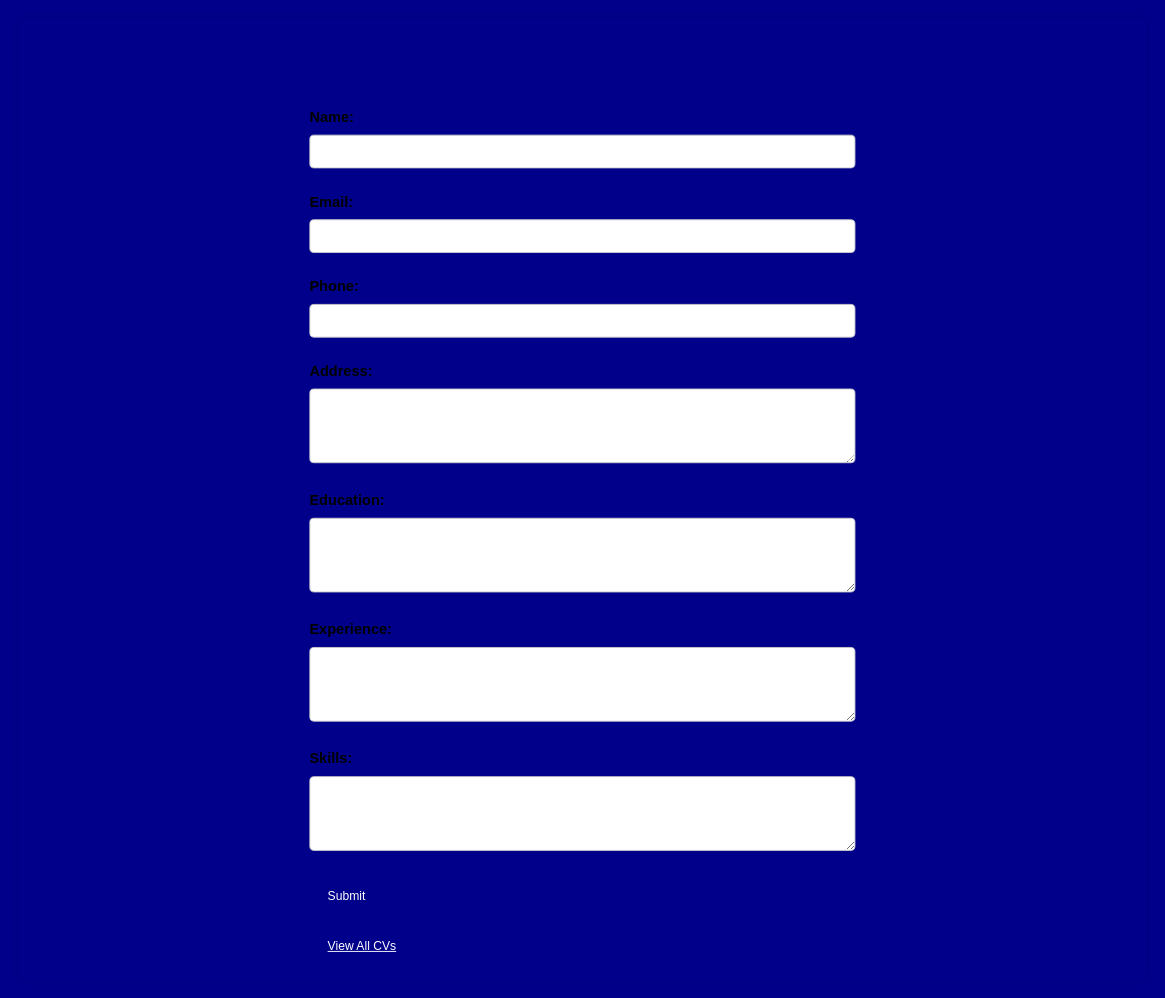
Repository: Arisha004/CV-generator
Page: index.html
The author's editor kept a copy of each file at every save. The page is drawn from the files as they stood at one save, then again after a run of saves.
The browser window is 1280 px wide. The pictures show the whole page, at 91% of full size.

Above is the page before, as saved 2025-10-14 01:08:36.

### index.html
<!DOCTYPE html>
<html lang="en">
<head>
    <meta charset="UTF-8">
    <meta name="viewport" content="width=device-width, initial-scale=1.0">
    <title>Document</title>
    <link rel="stylesheet" href="style.css">
</head>
<body>
    <h1> CV GENERATOR </h1>
    <form id="cv" action="insert.php" method="post">
        <label for="name">Name:</label>
        <input type="text" id="name" name="name" required><br><br>

        <label for="email">Email:</label>
        <input type="email" id="email" name="email" required><br><br>

        <label for="phone">Phone:</label>
        <input type="tel" id="phone" name="phone" required><br><br>
        <label for="address">Address:</label><br>
        <textarea id="address" name="address" rows="4" cols="50"  required></textarea><br><br>
        <label for="education">Education:</label><br>
        <textarea id="education" name="education" rows="4" cols="50" required></textarea><br><br>

        <label for="experience">Experience:</label><br>
        <textarea id="experience" name="experience" rows="4" cols="50" required></textarea><br><br>

        <label for="skills">Skills:</label><br>
        <textarea id="skills" name="skills" rows="4" cols="50" required></textarea><br><br>

        <button type="submit" value="submit"> Submit </button>
    </form>

    <div style="margin-top: 20px;">
        <form id="cv" action="list.php" method="get">
      <button>  <a href="list.php">View All CVs</a></button></form>
    </div>
</body>
</html>

### style.css

body{
    background-color: darkblue;
    font-family: Arial, sans-serif;
    margin: 20px;
    padding: 20px;
    border-radius: 10px;
    box-shadow: 0 0 10px rgba(0, 0,0, 0.1);

}
h1{
    color: darkblue;
    text-align: center;
}
p{
    font-size: 16px;
    line-height: 1.5;
    color: #333;
}
a{
    color: lightblue;
    text-decoration: underline;
}
a:hover{
    text-decoration: underline;
}
button{
    background-color: darkblue;
    color: white;
    border: none;
    padding: 10px 20px;
    border-radius: 5px;
    cursor: pointer;
}
button:hover{
    background-color: navy;
}
input[type="text"], input[type="email"], textarea,input[type="tel"]{
    width: 100%;
    padding: 10px;
    margin: 10px 0;
    border: 1px solid #ccc;
    border-radius: 5px;
    box-sizing: border-box;
}
h2{
    color: darkblue;
    border-bottom: 2px solid darkblue;
    padding-bottom: 5px;
}
input[type="submit"]{
    background-color: darkblue;
    color: white;
    border: none;
    padding: 10px 20px;
    border-radius: 5px;
    cursor: pointer;
}
  table, th, td{
            border: 1px solid black;
            border-collapse: collapse;
        }
        th, td{
            padding: 10px;
        }

form{
    max-width: 600px;
    margin: auto;
}
label{
    font-weight: bold;
}
.container{
    max-width: 800px;
    margin: auto;
    padding: 20px;
    background-color: white;
    border-radius: 10px;
    box-shadow: 0 0 10px rgba(0, 0, 0, 0.1);
}
button a{
    color: white;

}

After the next 3 saves:
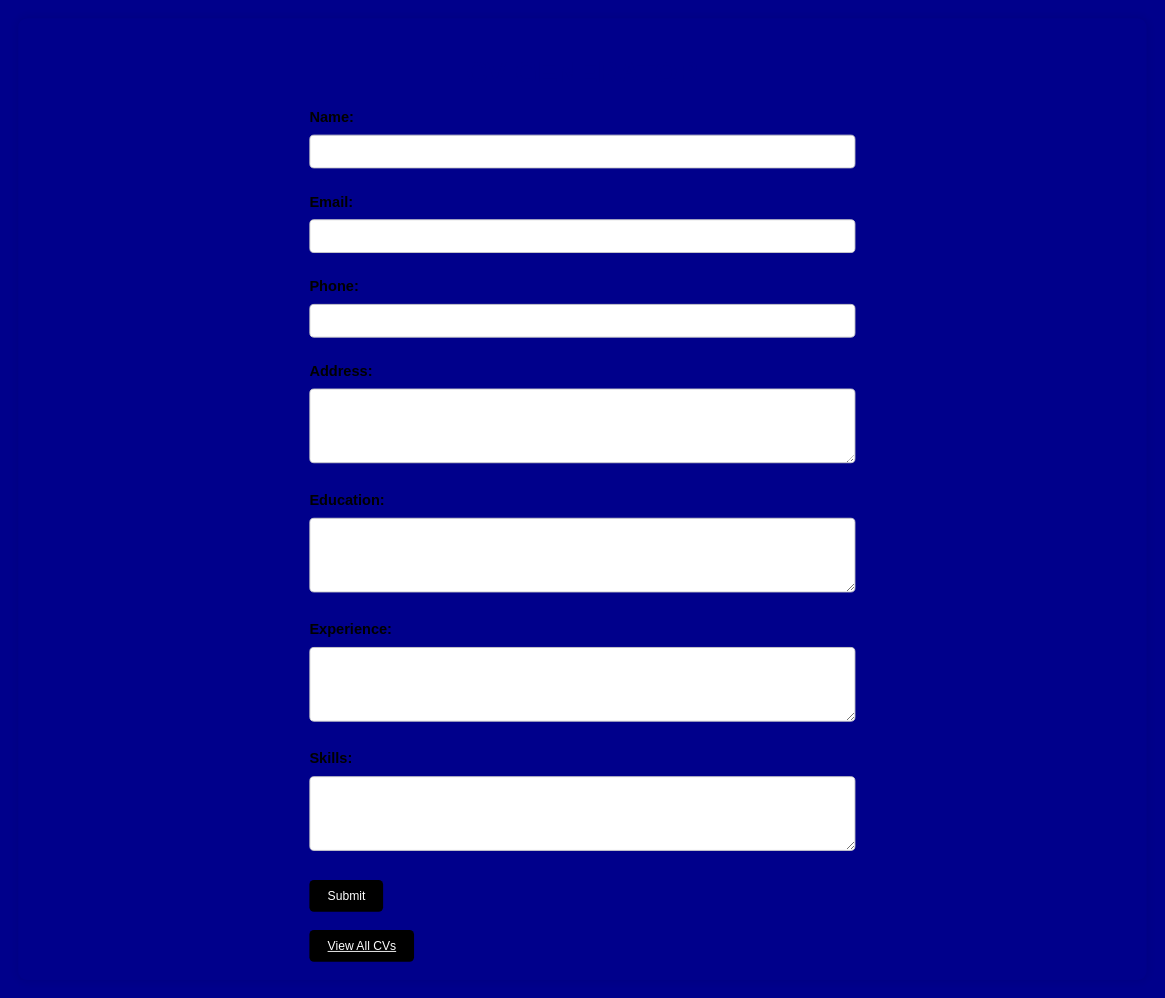
The 3 saves are shown as one change because they came seconds apart.
The last was saved 10 s later.
--- a/style.css
+++ b/style.css
@@ -25,7 +25,7 @@ a:hover{
     text-decoration: underline;
 }
 button{
-    background-color: darkblue;
+    background-color: black;
     color: white;
     border: none;
     padding: 10px 20px;
